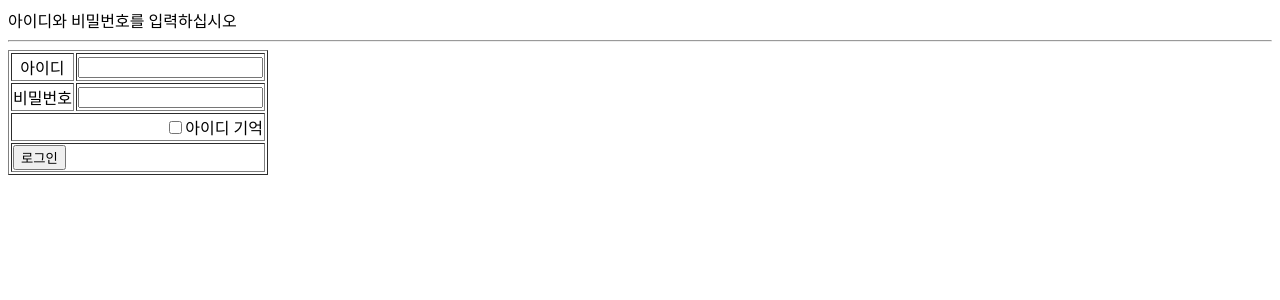
Repository: gatsby5959/weekendst
Page: http://localhost/Chap08/CookieSessionLogin.jsp
An editor plug-in stored every save of this project. The page is shown before and after the next save, followed by the edit.
The browser window is 1280 px wide. The pictures show the whole page.
The page is served by Tomcat 9.

Above is the page before, as saved 2023-08-26 04:04:47.

### Chap08/src/main/webapp/CookieSessionLogin.jsp
<%@ page language="java" contentType="text/html; charset=UTF-8"
    pageEncoding="UTF-8"%>
<!DOCTYPE html>
<html>
<head>
<meta charset="UTF-8">
<title>쿠키를 이용한 세션 관리</title>
<%
	Cookie[] cookies = request.getCookies();
	String loginStatus = null;
	String rememberId =  null;
	String id = null;
	if(cookies != null && cookies.length > 0){
		for(int i = 0; i<cookies.length; i++){
			if (cookies[i].getName().equals("remeberid")&&cookies[i]
					.getValue().equals("keep")){
				rememberId = cookies[i].getValue();
			}
			if(cookies[i].getName().equals("id")){
				id=cookies[i].getValue();
			}
		}
	}
%>
</head>
<body>
	<form action = "CookieSessionSet.jsp" method="post">
	아이디와 비밀번호를 입력하십시오<hr/>
	<table border="1">
	<tr>
	<td align = "center">아이디</td>
	<td><input type="text" name="id" value="<%=(id==null ? "":id)
	%>"/></td>
	</tr>
	<tr>
		<td align="center">비밀번호</td>
		<td><input type="password" name="pw"/></td>
	</tr>
	<tr>
		<td colspan="2" align="right">
			<input type="checkbox" name="rememberID" value="keep" <%=(
					rememberId==null?"":"checked=\"checked\"") %>/>아이디 기억
		</td>
	</tr>
	<tr>
		<td colspan="2" align="rigt">
			<input type="submit" value="로그인"/>
		</td>
	</tr>
	</table>
	</form>
</body>
</html>

After the next save:
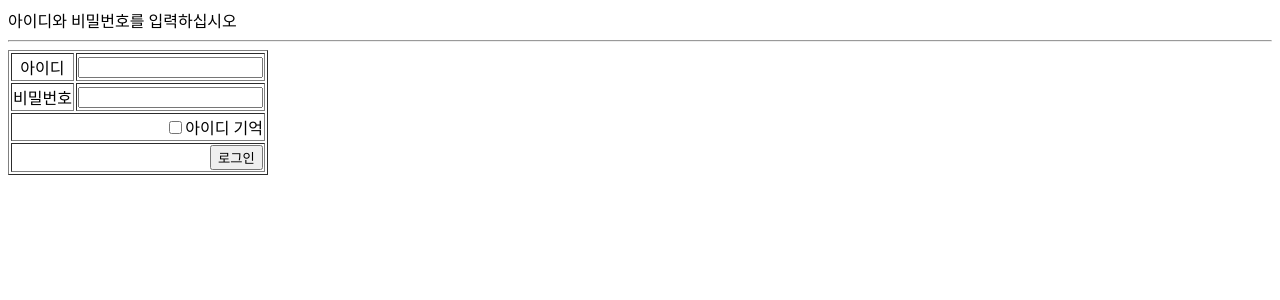
Saved 4 s later.
--- a/Chap08/src/main/webapp/CookieSessionLogin.jsp
+++ b/Chap08/src/main/webapp/CookieSessionLogin.jsp
@@ -43,7 +43,7 @@
 		</td>
 	</tr>
 	<tr>
-		<td colspan="2" align="rigt">
+		<td colspan="2" align="right">
 			<input type="submit" value="로그인"/>
 		</td>
 	</tr>
